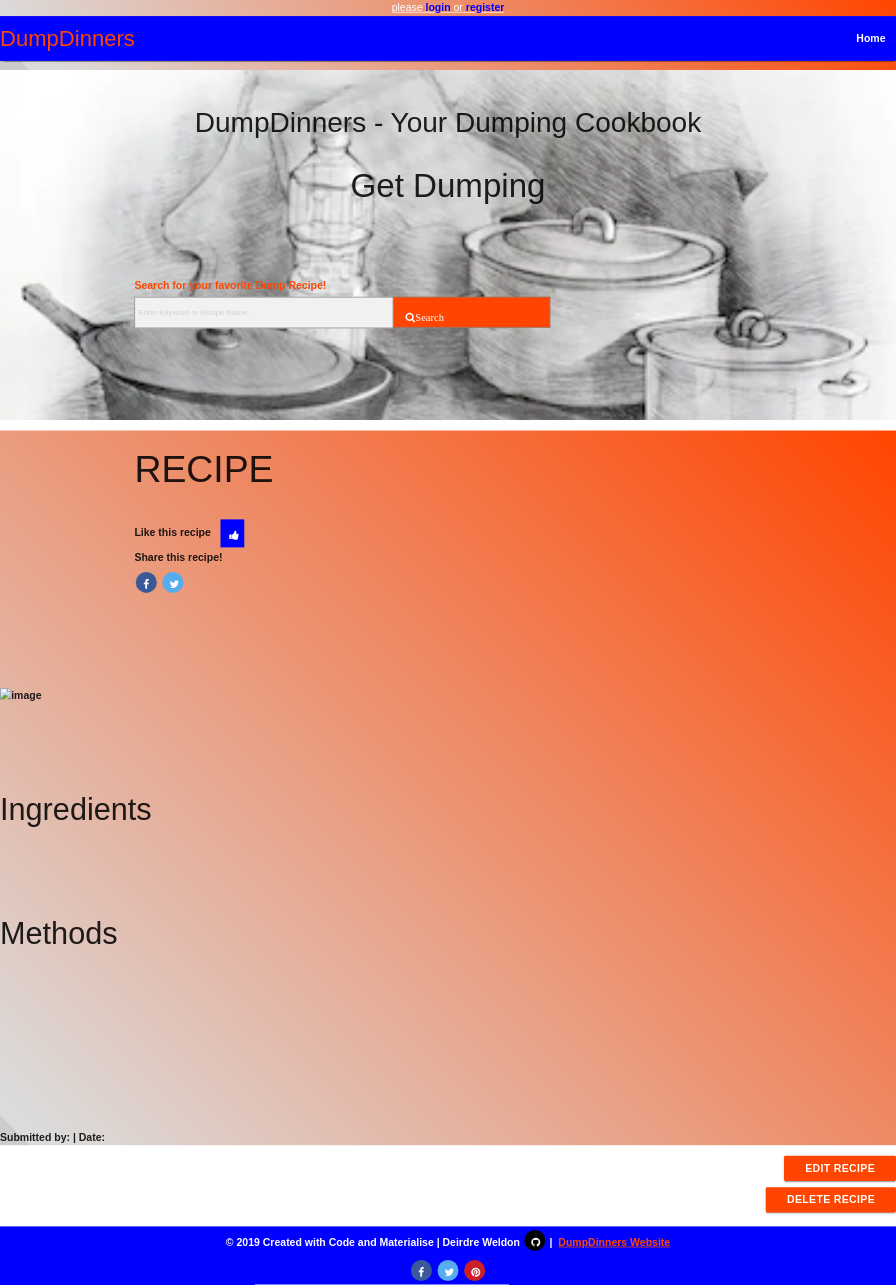
Repository: Deirdre18/dumpdinners-recipe-app
Page: templates/recipe.html
The author's editor kept a record of every edit. The page is drawn from the files as they stood at one moment, then again after the next edit.
The browser window is 1280 px wide. The pictures show the whole page, at 70% of full size.
Some web libraries are served in a nearby version. The page is served by the project's application, run on Flask 3 (app.py). The template is opened directly, without the code that normally fills it, so the values that code supplies are empty.

Above is the page before.

### templates/recipe.html
{% extends "base.html" %} {% block content %} {% with messages = get_flashed_messages() %} {% if messages %}
<strong class=flashes>


	{% for message in messages %}<br>
	{{ message }}</strong> {% endfor %}
</ul>
{% endif %} {% endwith %}

<div class="container recipe-container content-container">
	<!-- Recipe-->
	<section class="recipe">
		<div class="row">
			<div class="col s12 m12 l12">
				<div class="page-header">
					<h2 class="text-uppercase">RECIPE</h2>



					<!--rate recipe-->
				</div>
			</div>
		</div>

		<div>
			<!--http://www.sharelinkgenerator.com/-->
			<strong>Like this recipe</strong>&nbsp<a href="{{ url_for('likes', recipe_id=recipe._id) }}" <button class="waves-effect waves-light btn-small" type="submit" style="background-color:blue; color: white; margin-left:10px" name=" action"><i class="fa fa-thumbs-up" aria-hidden="true"></i></a>
			</button><br>
		</div>


		<!--http://www.sharelinkgenerator.com/-->
		<!--referred to this for help with sharing links - https://css-tricks.com/simple-social-sharing-links/-->
		<h6 class="shares-recipe"><strong> <strong>Share this recipe!</strong></h6>
		<a href="https://www.facebook.com/sharer.php?u=" <i class="fa fa-facebook" aria-hidden="true"></i></a>
		<a href="https://twitter.com/intent/tweet" <i class="fa fa-twitter" aria-hidden="true"></i></a>


</div>


<!--<h6 class="view-and-share"><strong> View and Share!</strong>-->
<!--</h6>-->
<!--<p class=shares "col s4 m3 l3" style="white-space:normal">-->

<!--	<i class="fa fa-facebook" aria-hidden="true"></i>-->
<!--	<i class="fa fa-twitter" aria-hidden="true" style="color: light-blue"></i>-->
<!--</p>-->



<div class="row" style="text-align:center"></div>
<h3><em>{{recipe.recipe_name}}</em></h3>

<div row="recipe">

	<div class="col s12 m12 l12">
		<img src="{{ recipe.image }}" alt="image" height=300 width=285>

		<!--referred to https://stackoverflow.com/questions/41081380/white-space-pre-not-working-as-expected-->

		<div class="ingredients col s12 m6 l6" style="white-space:normal">
			<h3>Ingredients</h3>

			{{ recipe.ingredients }}
		</div>

		<div class="methods col s12 m6 l6" style="white-space:normal">
			<h3>Methods</h3>

			{{ recipe.methods }}

		</div>

		<p><strong>Submitted by:<strong>{{ recipe.username }} |  <strong>Date:</strong> {{recipe.date_added}}</p>

	</div>
</div>

</div>



<!-- button for edit recipe -->


<!--Taken from Spence Barribal's code (student Code Institute).-->
{% if session['username'] == recipe.username %}
<div class="row float-right">
	<a href="{{ url_for('edit_recipe', recipe_id=recipe._id, username=username) }}" class="btn btn-secondary mr-3" style="background-color:orangered; float:right">Edit Recipe</a><br><br>
	<a href="{{ url_for('delete_recipe', recipe_id=recipe._id, username=username) }}" class="btn btn-danger" style="background-color:orangered; float: right">Delete Recipe</a>
</div>
{% endif %}




</div>
</div>
</div>
</div>
</div>
</div>
</div>


{% endblock %}

### templates/base.html
<!DOCTYPE html>
<html>

<head>
    <!--referred to this link for downloading bootstrap, as well as previous CI tutorials - https://forums.fedoraforum.org/showthread.php?314148-How-to-download-bootstrap-->

    <meta charset="UTF-8">
    <meta name="viewport" content="width=device-width, user-scalable=no, initial-scale=1.0, maximum-scale=1.0, minimum-scale=1.0">
    <meta http-equiv="X-UA-Compatible" content="ie=edge">
    <title>{{ title }} - DumpDinners</title>
    <link href="https://fonts.googleapis.com/icon?family=Material+Icons" rel="stylesheet">
    <link rel="stylesheet" href="https://cdnjs.cloudflare.com/ajax/libs/materialize/0.100.2/css/materialize.min.css">

    <!-- Social Share Kit CSS downloaded from https://socialsharekit.com/ -->
    <!--<link rel="stylesheet" href="assets/css/social-share-kit.css" type="text/css">-->

    <link rel="stylesheet" href="{{url_for('static', filename='social-share-kit.css')}}" type="text/css" />

    <link rel="stylesheet" href="{{url_for('static', filename='styles.css')}}" type="text/css" />


    <!--referred to this for favicon - https://www.flaticon.com/-->

    <link rel="icon" type="image/ico" href="/static/images/favicon.ico" />
    <link rel="stylesheet" href="https://cdnjs.cloudflare.com/ajax/libs/font-awesome/4.7.0/css/font-awesome.min.css">

    <style>
        body {
            font-family: Arial;
        }

        * {
            box-sizing: border-box;
        }

        form.example input[type=text] {
            padding: 5px;
            font-size: 11px;
            border: 1px solid grey;
            float: left;
            width: 4%;
            height: 1%;
            background: #f1f1f1;
        }

        form.example button {
            float: left;
            width: 2%;
            height: 2%;
            padding: 5px;
            background: #2196F3;
            color: white;
            font-size: 11px;
            border: 1px solid grey;
            border-left: none;
            cursor: pointer;
        }

        form.example button:hover {
            background: #0b7dda;
        }

        form.example::after {
            content: "";
            clear: both;
            display: table;
        }
    </style>



</head>

<body>

    <style scoped>
        .pattern {
            min-height: 100px;
        }

        #stripes4 {

            background-image: repeating-linear-gradient(45deg, #ccc, #ccc 30px, #dbdbdb 30px, #dbdbdb 60px, orangered);

        }
    </style>

    <!--to give background gradient color, referred to https://www.quackit.com/css/codes/patterns/css_background_stripes.cfm-->

    <div id="stripes4" class="pattern">


        <!--referred to code from Spence Barribal's github project for username in session below (Student at Code Institute).-->

        {% if 'username' in session %}
        <div class="text-light font-italic bg-dark pt-2 pr-4" style="text-align:center; color:blue"><strong>welcome back, {{ session['username'] }}</strong>
        </div>

        <!--Referred to stack overflow article on centering anchors.-->

        <div class="display:block; text-align: center">
            <a href="{{ url_for('add_recipe') }}" <button class="btn waves-effect waves-light" type="submit" style="background-color:orangered" name="action">Add Recipe
                <i class="material-icons right">playlist_add</i>
             </button></div></a>



            <div class="display:block; text-align: center">
                <a href="{{ url_for( 'logout') }}" style="text-decoration:underline; color:blue; text-align:center,color:blue"><strong>Logout</strong></a>
            </div>

            <div class="display:block; text-align: center">
                <a href="{{ url_for( 'allrecipes') }}" style="text-decoration:underline;color:blue; text-align:center"><strong>Home</strong></a>

            </div>

            {% else %}

            <div class="login" style="text-align:center;text-decoration:underline; color:white">please<a href="{{ url_for('login') }}" style="color:blue"><strong> login</a></strong> or <a href="{{ url_for('register') }}" style="color:blue"><strong> register</strong></a>
            </div>
            {% endif %}

            <nav>
                <div class="nav-wrapper">
                    <a class="brand-logo" style="color:orangered">DumpDinners</a>
                    <a href="#" data-activates="mobile-demo" class="button-collapse"><i class="material-icons">menu</i></a>
                    <ul id="nav-mobile" class="right hide-on-med-and-down">

                        {% if 'username' not in session %}

                        <li class="nav-item">
                            <a href="{{ url_for('index') }}" style="color:white"><strong>Home</a></strong>
                        </li>


                        {% endif %}

                    </ul>
                </div>

            </nav>
            <!--referred to https://www.w3schools.com/howto/howto_css_search_button.asp-->

            {% if 'username' in session %}
            <ul class="sidenav" id="mobile-demo">
                <li class="nav-item">
                    <a href="{{ url_for('allrecipes') }}" style="color:orangered;text-decoration:underline"><strong>Home</strong></a>
                </li>
                {% endif %}


            </ul>
        </div>

        <div id="index-banner" class="parallax-container">
            <div class="section no-pad-bot">
                <div class="container">

                    <div class="parallax">
                        <img src="{{ url_for('static', filename='uploads/' + 'still-life.jpg') }}">
                    </div>

                    <h2 class="header center" class="header"><small>DumpDinners - Your Dumping Cookbook</small></h2>

                    <h1 class="header center" class="header"><small>Get Dumping</small></h1>
                    <br><br><br>


                    <!--/*referred to https://www.w3schools.com/howto/howto_css_search_button.asp*/-->

                    <div class="search-container">

                        <h6 class="lead-search" style="color:orangered; text-align:left"><strong>Search for your favorite Dump Recipe!</strong></h6>
                        <form class="example" action="{{ url_for('search') }}">
                            <input type="text" placeholder="Enter Keyword or Recipe Name.." required name="query" style="margin-top:1px; width:40%; height:3em !important; color:black">
                            <div id="search">
                                <button type="submit" style="margin-top:1px; width:25%; height:4em !important; background-color:orangered"><i class="fa fa-search" style="font-size:15px;float:left">Search</i></button>
                            </div>
                        </form>
                    </div>


                </div>
            </div>
            <!--Referred to this link for adding photos dynamically. https://stackoverflow.com/questions/40877272/jinja2-not-displaying-the-images-->


        </div>

        <div id="stripes4" class="pattern">
            {% block content %}{% endblock %}
        </div>

        <script src="https://ajax.googleapis.com/ajax/libs/jquery/3.4.1/jquery.min.js"></script>
        <script src="https://cdnjs.cloudflare.com/ajax/libs/jquery/3.2.1/jquery.min.js"></script>
        <script src="https://cdnjs.cloudflare.com/ajax/libs/materialize/0.100.2/js/materialize.min.js"></script>
        <!--<script src="assets/js/social-share-kit.js"></script>-->
        <!--<script src="assets/js/social-share-kit.min.js"></script>-->

        <script type="text/javascript">
            $(document).ready(function() {
                $(".button-collapse").sideNav();
            });
        </script>

        <script type="text/javascript">
            $('.datepicker').pickadate({
                selectMonths: true, // Creates a dropdown to control month
                selectYears: 15, // Creates a dropdown of 15 years to control year,
                today: 'Today',
                clear: 'Clear',
                close: 'Ok',
                closeOnSelect: false // Close upon selecting a date,
            });
        </script>


        <script>
            $(document).ready(function() {
                $('.parallax').parallax();
            });
        </script>

        <!-- jquery to activate buttons -->

        <script type="text/javascript">
            $(document).ready(function() {
                $('.collapsible').collapsible();
                $('select').material_select();
            });
        </script>


        <!--// to create footer referred to https://www.w3schools.com/howto/tryit.asp?filename=tryhow_css_fixed_footer. For flexible footer referred to https://materializecss.com/footer.html // decided to make footer fixed rather than flexible-->

        <style>
            .footer {
                margin-top: 1px;
                display: fixed;
                min-height: 3vh;
                flex-direction: column;
                text-align: center;
                background-color: blue;
                color: white;
            }

            main {
                flex: 1 0 auto;
            }

            .container {
                margin-top: 15px;
                margin-bottom: 3px;
            }
        </style>



        <style>
            .fa {
                padding: 10px;
                font-size: 15px;
                width: 30px;
                text-decoration: none;
                margin: 5px 2px;
                border-radius: 50%;
                height: 30px;
            }

            .fa:hover {
                opacity: 0.7;

            }

            .fa-facebook {
                background: #3B5998;
                color: white;
                text-align: center;
            }

            .fa-twitter {
                background: #55ACEE;
                color: white;
                text-align: center;
            }


            .fa-youtube {
                background: #bb0000;
                color: white;
                text-align: center;
            }

            .fa-pinterest {
                background: #cb2027;
                color: white;
                text-align: center;
            }

            .fa-github {
                background: black;
                color: white;
                text-align: center;
                font-size: 15px;


            }

            strong {
                font-weight: bold;
            }
        </style>



        <div class="footer">

            <div class="container">
                <!--created blank spaces, referred to https://www.computerhope.com/jargon/n/nbsp.htm-->
                © 2019 Created with Code and Materialise&nbsp| Deirdre Weldon <a href="https://github.com/Deirdre18" class="fa fa-github"></a> |&nbsp
                <a href="https://dumpdinners-recipe-app.herokuapp.com/" style="color:orangered; text-decoration: underline">DumpDinners Website
        </div>

        <!--for social media icons and styles referred to https://www.w3schools.com/howto/howto_css_social_media_buttons.asp    -->



        <!-- Add font awesome icons -->
        <a href="https://www.facebook.com/" class="fa fa-facebook"></a>
                <a href="https://www.twitter.com/" class="fa fa-twitter"></a>
                <a href="https://www.pinterest.com/" class="fa fa-pinterest"></a>


            </div>
</body>

</html>

### app.py
import os
import re
from flask import Flask, render_template, redirect, request, url_for, session, flash
import json
from flask_pymongo import PyMongo
import pymongo
from pymongo import MongoClient
from bson.objectid import ObjectId


from werkzeug.security import generate_password_hash, check_password_hash


app = Flask(__name__)

app.secret_key = "randomstring123"



if app.config['DEBUG'] == True:
    from config import dbconfig
    app.config["MONGO_DBNAME"] = 'dumpdinners'
    app.config["MONGO_URI"] = dbconfig()
else:
    app.config['MONGO_URI'] = os.environ.get("MONGO_URI")
    app.config['MONGO_DBNAME'] = os.environ.get("MONGO_DBNAME")

mongo = PyMongo(app)


@app.route('/')
@app.route('/index')
def index():
    """Home page the gets 4 recipes from DB that have been viewed the most"""
    four_recipes = mongo.db.recipes.find().limit(4)
    return render_template('allrecipes1.html', recipes=four_recipes)

@app.route('/allrecipes')
def allrecipes():
    recipes = mongo.db.recipes.find()
    return render_template('allrecipes.html', recipes=recipes)

@app.route('/allrecipes1')
def allrecipes1():
    recipes = mongo.db.recipes.find()
    four_recipes = mongo.db.recipes.find().limit(4)
    return render_template('allrecipes1.html', recipes=four_recipes)

@app.route('/add_recipe')
def add_recipe():
    recipes = mongo.db.recipes.find()
    return render_template('addrecipe.html',
        recipes=mongo.db.categories.find())



@app.route('/insert_recipe', methods=['POST'])
def insert_recipe():
    recipes = mongo.db.recipes
    recipes.insert_one(request.form.to_dict())
    flash ("Thank you, your recipe has been inserted!")
    return render_template('recipe.html', recipe=recipe)




@app.route('/edit_recipe/<recipe_id>', methods=['GET', 'POST'])
def edit_recipe(recipe_id):
    """Allows logged in user to edit their own recipes"""
    recipe_db = mongo.db.recipes.find_one_or_404({'_id': ObjectId(recipe_id)})
    all_categories =  mongo.db.categories.find()
    if request.method == 'GET':

        return render_template('editrecipe.html', recipe=recipe_db, categories=all_categories)


# referred to this article for advice on 'views' - https://stackoverflow.com/questions/5782311/mongodb-inc-embedded-value-syntax

@app.route('/update_recipe/<recipe_id>', methods=["POST"])
def update_recipe(recipe_id):
    recipes = mongo.db.recipes
    recipes.update( {'_id': ObjectId(recipe_id)},
    {
        '$set': {

        'recipe_name':request.form.get('recipe_name'),
        'ingredients':request.form.get('ingredients'),
        'image': request.form.get('image'),
        'category_name': request.form.get('category_name'),
        'username': request.form.get('username'),
        'methods': request.form.get('methods'),
        'short_description': request.form.get('short_description'),
        'date_added': request.form.get('date_added'),
        'is_vegetarian': request.form.get('is_vegetarian'),
        'views':1,
        'likes':1

        }
    })
    return redirect(url_for('allrecipes'))




@app.route('/delete_recipe/<recipe_id>')
def delete_recipe(recipe_id):
    mongo.db.recipes.remove({'_id': ObjectId(recipe_id)})
    return redirect(url_for('allrecipes'))

@app.route('/search')
def search():
    """Provides logic for search bar"""
    orig_query = request.args['query']
    # using regular expression setting option for any case
    query = {'$regex': re.compile('.*{}.*'.format(orig_query)), '$options': 'i'}
    # find instances of the entered word in title, tags or ingredients
    results = mongo.db.recipes.find({
        '$or': [
            {'recipe_name': query},
            {'ingredients': query},
            {'recipe_name': query}
        ]
    })
    return render_template('search.html', query=orig_query, results=results)


@app.route('/recipe/<recipe_id>')
def recipe(recipe_id):

    """Shows full recipe and increments view"""
    mongo.db.recipes.find_one_and_update(
        {'_id': ObjectId(recipe_id)},
        { '$inc': { 'views': 1}}



    )
    recipe_db = mongo.db.recipes.find_one_or_404({'_id': ObjectId(recipe_id)})
    return render_template('recipe.html', recipe=recipe_db)

# routing for likes

@app.route('/likes/<recipe_id>')
def likes(recipe_id):

    """Shows full recipe and increments view"""
    mongo.db.recipes.find_one_and_update(
        {'_id': ObjectId(recipe_id)},
        { '$inc': { 'likes': 1}}



    )
    recipe_db = mongo.db.recipes.find_one_or_404({'_id': ObjectId(recipe_id)})
    return redirect(url_for('allrecipes1'))

# # routing for shares

# # @app.route('/shares1/<recipe_id>')
# # def shares1 (recipe_id):

# #     """Shows full recipe and increments view"""
# #     mongo.db.recipes.find_one_and_update(
# #         {'_id': ObjectId(recipe_id)},
# #         { '$inc': { 'shares1': 1}}



#     )
#     recipe_db = mongo.db.recipes.find_one_or_404({'_id': ObjectId(recipe_id)})
#     return redirect(url_for('allrecipes1'))

# @app.route('/shares2/<recipe_id>')
# def shares2 (recipe_id):

#     """Shows full recipe and increments view"""
#     mongo.db.recipes.find_one_and_update(
#         {'_id': ObjectId(recipe_id)},
#         { '$inc': { 'shares2': 1}}



#     )
#     recipe_db = mongo.db.recipes.find_one_or_404({'_id': ObjectId(recipe_id)})
#     return redirect(url_for('allrecipes1'))

# @app.route('/shares2/<recipe_id>')
# def shares2 (recipe_id):

#     """Shows full recipe and increments view"""
#     mongo.db.recipes.find_one_and_update(
#         {'_id': ObjectId(recipe_id)},
#         { '$inc': { 'shares2': 1}}



#     )
#     recipe_db = mongo.db.recipes.find_one_or_404({'_id': ObjectId(recipe_id)})
#     return redirect(url_for('shares2'))



#Copied routing for login from Deborah Thompson, student at Code Institute for login routing - #https://github.com/debbiect246/recipe-app#


@app.route('/login', methods=["GET","POST"])
def login():
    if request.method == 'POST':
        login_user = mongo.db.register.find_one({'username': request.form['username']})
        form = request.form
        if login_user:
            if(form["password"] == login_user["password"]): # if password correct
                session['username'] = login_user["username"]
                return redirect(url_for('allrecipes',register_id = login_user["_id"]))
            else: # and if password is not correct
               flash("Incorrect password, please try again or register")
        else:# if user does not exist
            flash("User does not exist")
            return redirect(url_for('register'))
    return render_template('login.html')


#Copied routing for register from Deborah Thompson, student at Code Institute for login routing - #https://github.com/debbiect246/recipe-app#

@app.route('/register', methods=['POST','GET'])
def register():
    if request.method == 'POST':
        register = mongo.db.register
        register_id = register.insert_one(request.form.to_dict())
        # print(register)
        object_id = register_id.inserted_id
        flash("Thank you for registering, please login to view more recipes and add your own!")
        return redirect(url_for('login'))
    return render_template('register.html')




#Copied routing for allrecipeslist from Deborah Thompson, student at Code Institute for login routing - #https://github.com/debbiect246/recipe-app#


@app.route('/logout')
def logout():
    """Clears session and redirects to home"""

    session.clear()
    flash ("Thank you, hope to see you again soon!")
    return redirect(url_for('login'))




if __name__ == '__main__':
    app.run(host=os.environ.get('IP'),
        port=int(os.environ.get('PORT')))

### static/styles.css
.card-body {
    width: 75%;
    margin-left: 0;
    left: auto;
    right: auto;
    white-space: pre-wrap;
}

#search [type="search"] [name="query"]
{
     height: 30px;
     width: 50px;
}


h3 {margin-top: 10%}

.main { margin-top: 20px;}

.card-image {width:25%;}

h5 .lead-search {margin-bottom: 0}

p .heading {margin-top: 30%;}


.card-image {white-space: pre-wrap;
            margin-bottom: -80px;
}


h1 {text-align: center;
    margin-top: 20px;

}

p {margin-top: 20%;}



.nav-wrapper {background-color: blue;}

#Add {color: indigo;
}

#View {color: indigo;
}

.brand-logo{text-align:left;}

.btn_small {
    height: 24px;
    width: 60px;
    line-height: 24px;
    margin: 5px 5px;
    padding: 0 0.5em;
}

Loaded but not shown: static/social-share-kit.css (no copy from this time; the picture is the same without it)

After the next edit:
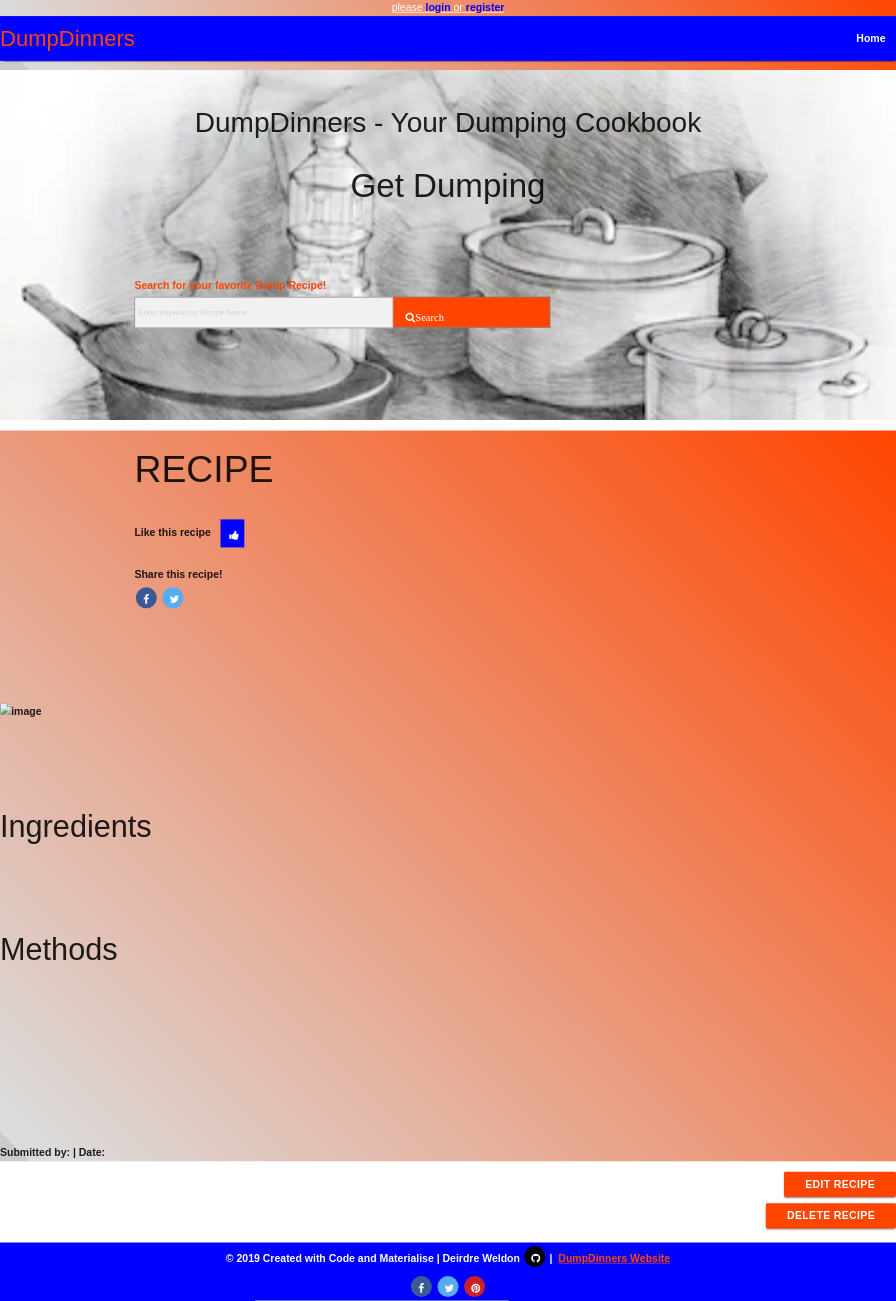
The edit:
--- a/templates/recipe.html
+++ b/templates/recipe.html
@@ -25,7 +25,7 @@
 		<div>
 			<!--http://www.sharelinkgenerator.com/-->
 			<strong>Like this recipe</strong>&nbsp<a href="{{ url_for('likes', recipe_id=recipe._id) }}" <button class="waves-effect waves-light btn-small" type="submit" style="background-color:blue; color: white; margin-left:10px" name=" action"><i class="fa fa-thumbs-up" aria-hidden="true"></i></a>
-			</button><br>
+			</button><br><br>
 		</div>
 
 
